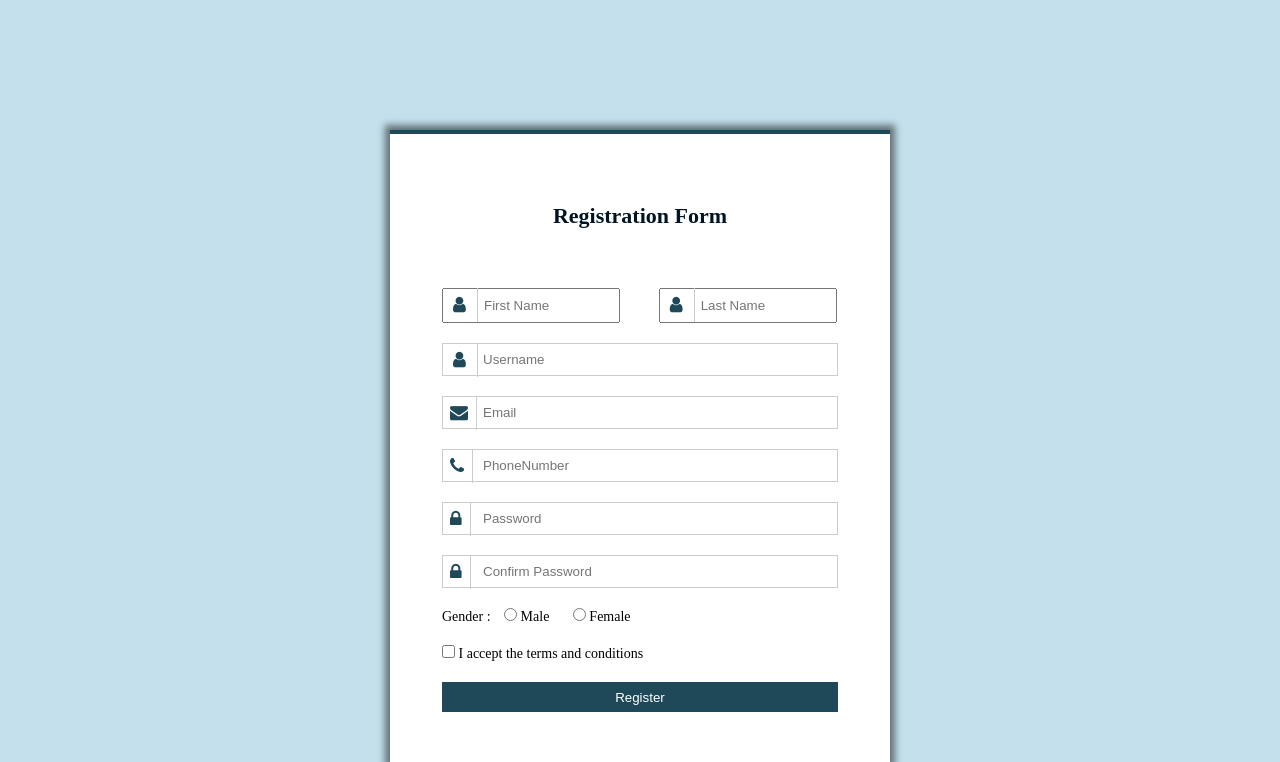
Repository: sampanna17/javabackup
Page: http://localhost/EvoX_CW/pages/register.jsp
An editor plug-in stored every save of this project. The page is shown before and after the next save, followed by the edit.
The browser window is 1280 px wide. The pictures show the whole page.
The page is served by Tomcat 9. Other server files are loaded and not shown.

Above is the page before, as saved 2024-05-05 10:51:58.

### EvoX_CW/src/main/webapp/pages/register.jsp
<%@page import="utils.StringUtils"%>
<%@ page language="java" contentType="text/html; charset=ISO-8859-1"
	pageEncoding="ISO-8859-1"%>

<%
String contextPath = request.getContextPath();
%>
<!DOCTYPE html>
<html lang="en">
<head>
    <meta charset="UTF-8">
    <meta name="viewport" content="width=device-width, initial-scale=1.0">
    <title>Registration Form</title>
    <link rel="stylesheet" type="text/css" href="../stylesheets/register.css"/>
    <link rel="stylesheet" href="https://cdnjs.cloudflare.com/ajax/libs/font-awesome/4.7.0/css/font-awesome.min.css">
</head>

<body>
    <div class="container">
    	<%-- Display error message --%>
		<%
		String errorMessage = (String) request.getAttribute(StringUtils.MESSAGE_ERROR);
		if(errorMessage != null && !errorMessage.isEmpty()){
		%>
		<p class= "error-message"><%=errorMessage%></p>
		<%
		}
		%>

        <h1>Registration Form</h1>
        <div class="form-container">
            <form action="<%=contextPath %>>../registerstudent" method="post">

               <div class="input-name">
                    <i class="fa fa-user lock"></i>
                    <input type="text" placeholder="First Name" class="name">

                    <span>
                        <i class="fa fa-user lock"></i>
                        <input type="text" placeholder="Last Name" class="name">
                    </span>

                </div>
                <div class="input-name">
                    <i class="fa fa-user lock"></i>
                    <input type="text" placeholder="Username" class="text-name">
                </div>

                <div class="input-name">
                    <i class="fa fa-envelope email"></i>
                    <input type="email" placeholder="Email" class="text-name">
                </div>
                <div class="input-name">
                    <i class="fa fa-phone"></i>
                    <input type="text" placeholder="PhoneNumber" class="text-name">
                </div>
                <div class="input-name">
                    <i class="fa fa-lock"></i>
                    <input type="password" placeholder="Password" class="text-name">
                </div>
                <div class="input-name">
                    <i class="fa fa-lock"></i>
                    <input type="password" placeholder="Confirm Password" class="text-name">
                </div>
                <div class="input-name">
                    <p style="display: inline-block; margin-right: 10px;">Gender :</p>
                    <input type="radio" class="radio" name="r1" style="display: inline-block;">
                    <label style="margin-right: 20px; display: inline-block;">Male</label>

                    <input type="radio" class="radio1" name="r1" style="display: inline-block;">
                    <label style="display: inline-block;">Female</label>
                </div>

                <div class="input-name">
                    <input type="checkbox" class="check-button">
                    <label> I accept the terms and conditions</label>
                </div>
                <div class="input-name">
                    <input type="submit" class="button" value="Register">
                </div>


            </form>
            <%
			String errMsg = (String) request.getAttribute(StringUtils.MESSAGE_ERROR);
			String successMsg = (String) request.getAttribute(StringUtils.MESSAGE_SUCCESS);

			if (errMsg != null) {
			// print
			%>
			<h4 class="error-msg">
				<%
				out.println(errMsg);
				%>
			</h4>
			<%
			}

			if (successMsg != null) {
			// print
			%>
			<h4 class="success-msg">
				<%
				out.println(successMsg);
				%>
			</h4>
			<%
			}
			%>
        </div>
    </div>
</body>

</html>

### EvoX_CW/src/main/webapp/stylesheets/register.css
@charset "ISO-8859-1";

*
{
    margin:0;
    padding:0;
    box-sizing: border-box;
}
body{
    font-size: 14px;
    background-color:#c3e0ec;
}
.container{
    background-color: white;
    width:500px;
    padding: 30px;
    margin:130px auto 0;
    border-top: 4px solid#1F4959;
    box-shadow: 0 0 7px 5px rgba(0, 0, 0, 0.5);
}
.container h1{
    font-size: 22px;
    line-height: 24px;
    padding:40px;
    text-align: center;
    color:#011425

}
.input-name
{
    width:90%;
    position: relative;
    margin: 20px auto;
}

.lock{
    padding:8px 11px;
}

.name{
    width: 45%;
    padding:8px 0 8px 40px ;
}

.input-name span{
    margin-left: 35px;

}
.text-name{
    width:100%;
    padding:8px 0 8px 40px ;
}

.input-name i
{
    position: absolute;
    font-size: 18px;
    color:#1f4959;
    border-right: 1px solid #cccccc;

}
.email{
    padding:8px;
}
.input-name i.fa-lock{
    padding: 8px;
}
.input-name i.fa-phone{
    padding: 8px;
}

.text-name,name{
    border: 1px solid #cccccc;
    outline: none;
}
r1{
    margin-right: 4px ;
}

.button{
    background-color:#1f4959;
    color: white;
    height: 30px;
    width:100%;
    border: none;
    outline: none;
    cursor: pointer;

}
.button:hover{
    background-color:#c3e0ec;
}

After the next save:
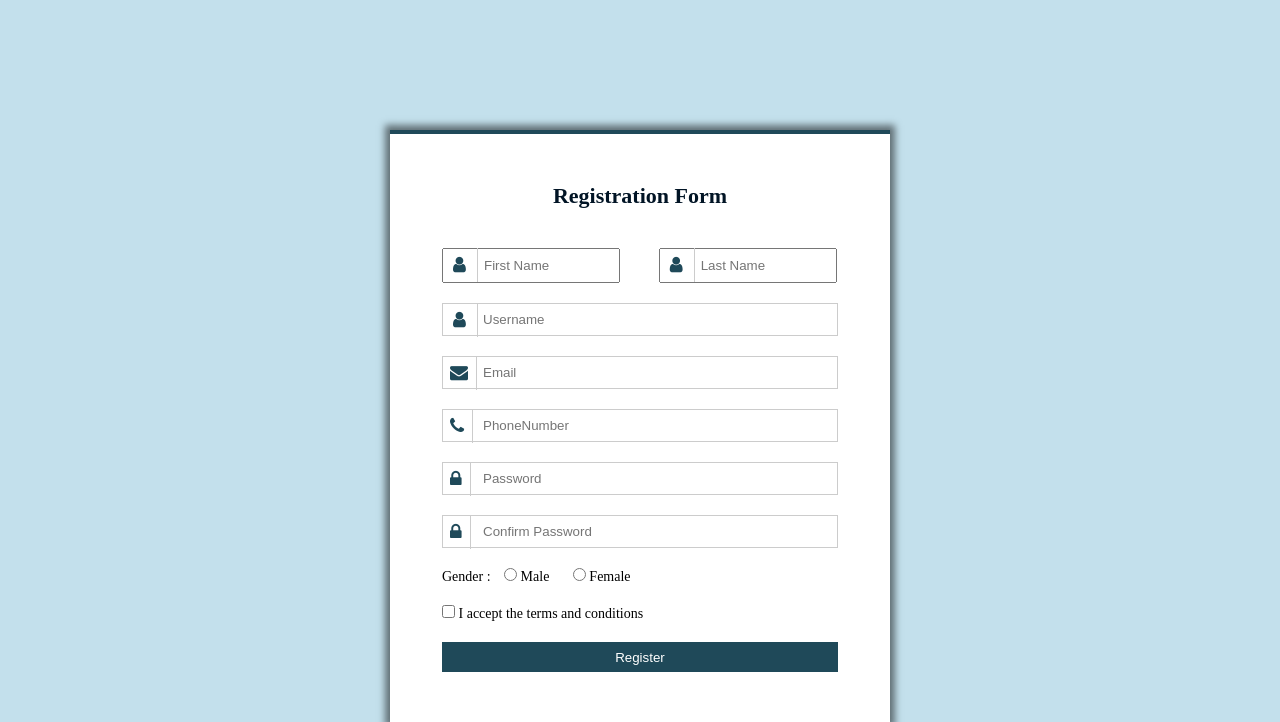
Saved 21 s later.
--- a/EvoX_CW/src/main/webapp/stylesheets/register.css
+++ b/EvoX_CW/src/main/webapp/stylesheets/register.css
@@ -21,7 +21,7 @@ body{
 .container h1{
     font-size: 22px;
     line-height: 24px;
-    padding:40px;
+    padding:20px;
     text-align: center;
     color:#011425
 
